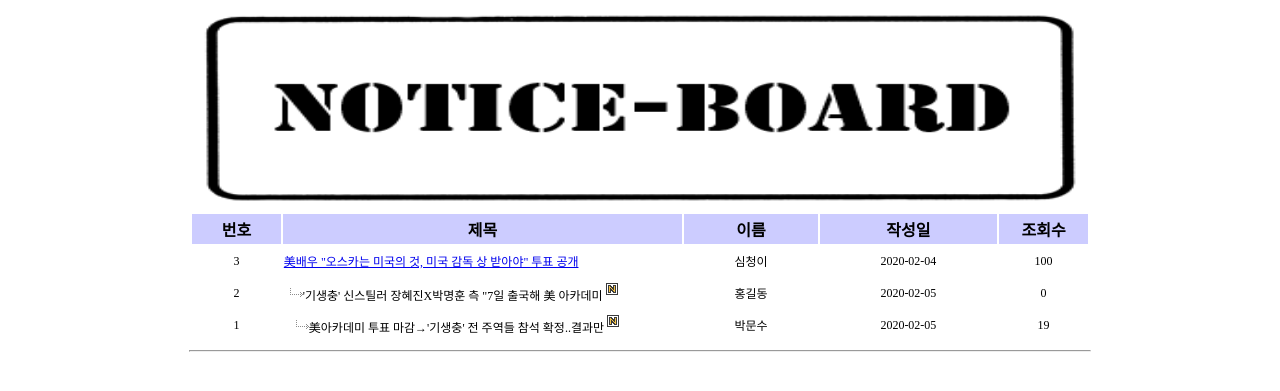
Repository: Rummikub/DBStudy
Page: HTML Project3/WebContent/html/list.html
These files come from the project's save history. The page is drawn as it stood at one moment and after the next save; the edit follows.
The browser window is 1280 px wide. The pictures show the whole page.

Above is the page before, as saved 2020-02-05 07:28:18.

After the next save:
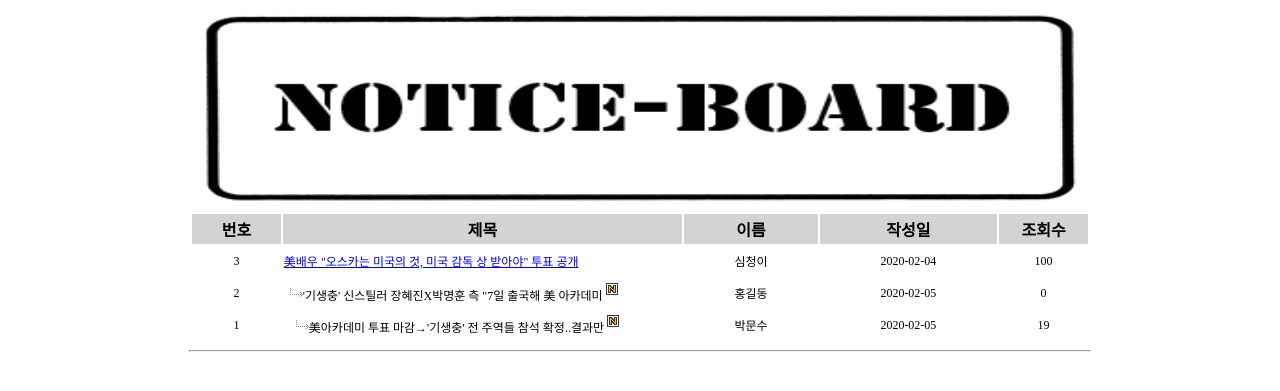
Saved 1 s later.
--- a/HTML Project3/WebContent/html/list.html
+++ b/HTML Project3/WebContent/html/list.html
@@ -12,7 +12,7 @@
 	<center>
 	<img src="noticeboard.png" width=900 height=200>
 	 <table border=0 width=900>
-	  <tr bgcolor="#ccccff" height="30">
+	  <tr bgcolor="#D3D3D3" height="30">
 	   <th width=10%>번호</th>
 	   <th width=45%>제목</th>
 	   <th width=15%>이름</th>
